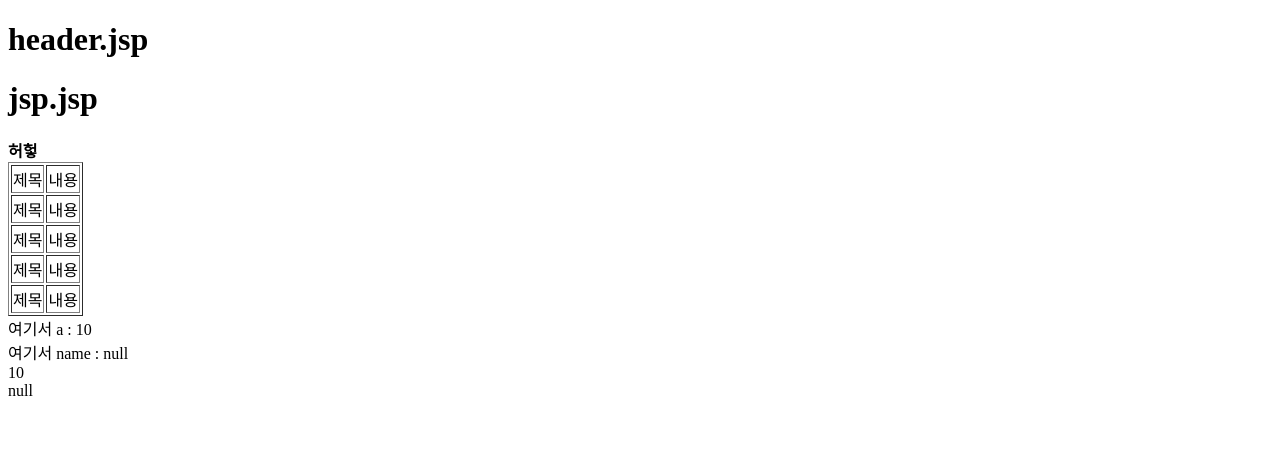
Repository: JaeWon-Sim/Project
Page: http://localhost/_4_project_jsp/jsp.jsp
These files come from the project's save history. The page is drawn as it stood at one moment and after the next save; the edit follows.
The browser window is 1280 px wide. The pictures show the whole page.
The page is served by Tomcat 9.

Above is the page before, as saved 2025-08-21 06:51:03.

After the next save:
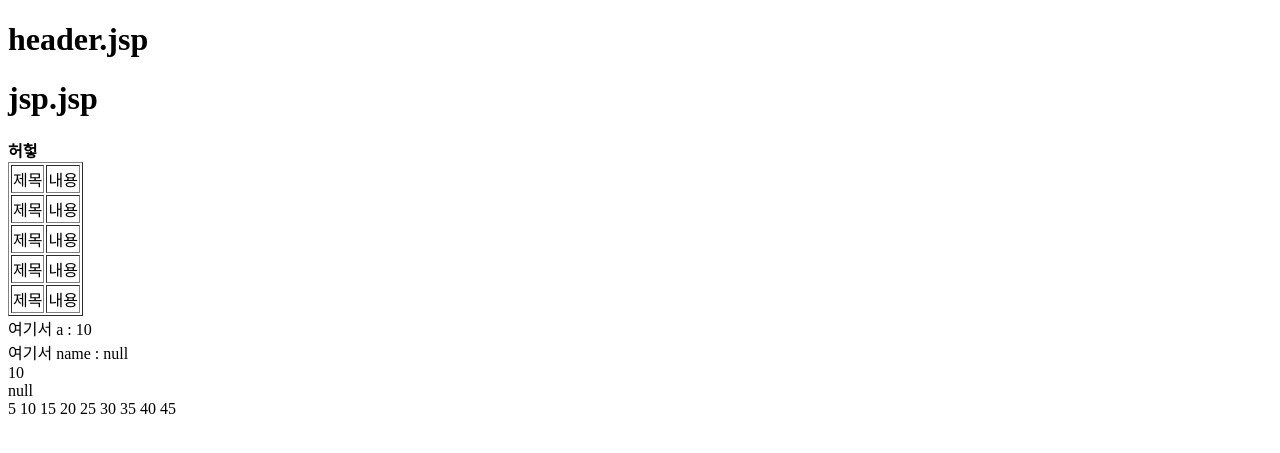
Saved 5 min 25 s later.
--- a/workspace_java/_4_project_jsp/src/main/webapp/jsp.jsp
+++ b/workspace_java/_4_project_jsp/src/main/webapp/jsp.jsp
@@ -71,5 +71,12 @@
 		return this.title;
 	}
 	%>
+	<%
+	for(int i=1; i<10; i++){
+	%>
+	<%=5*i %>
+	<%
+	}
+	%>
 </body>
 </html>
